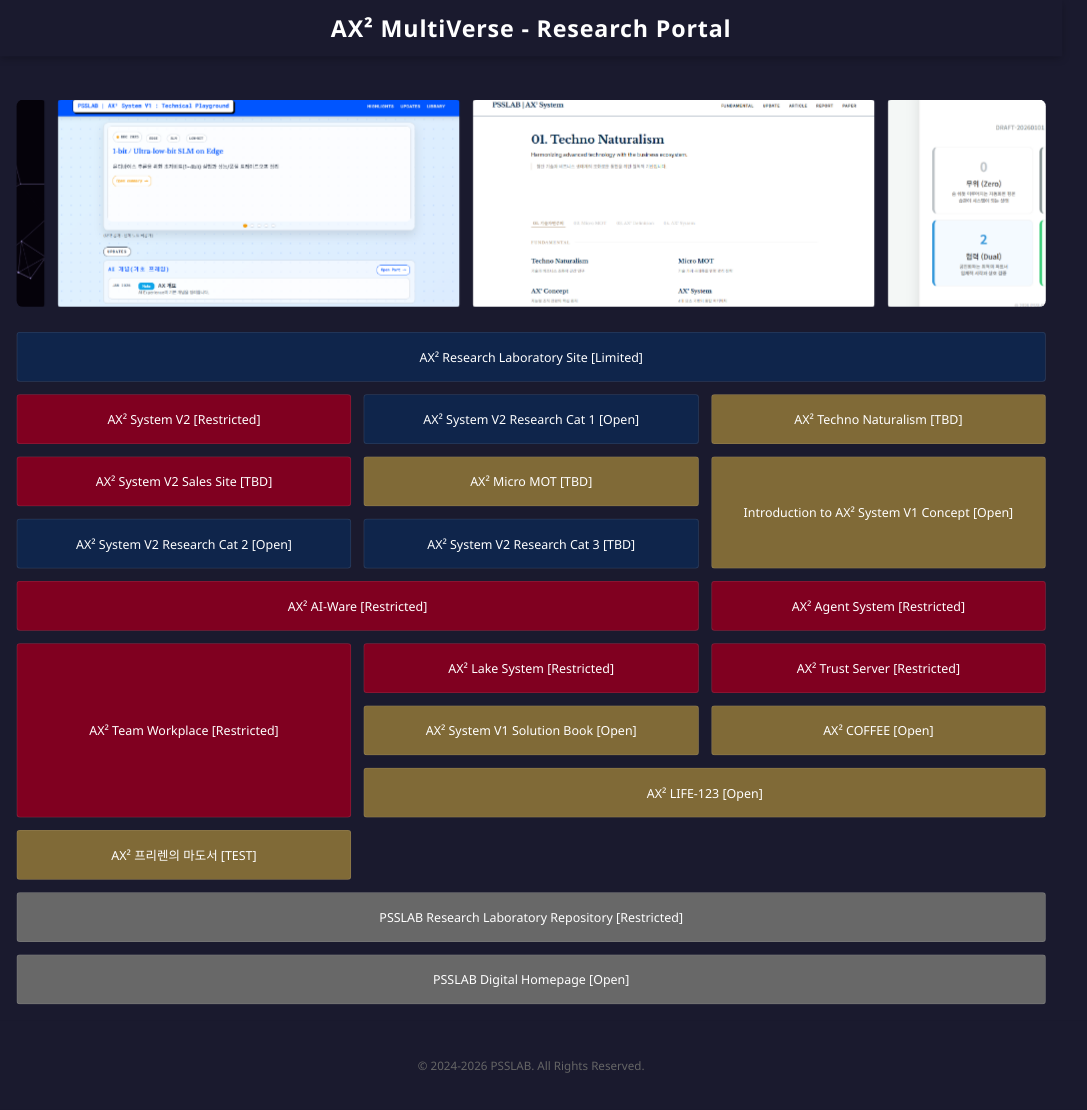
Repository: hycse89/PSSLAB_OpenSite
Page: psslab_multiverse_v3.html
These files come from the project's save history. The page is drawn as it stood at one moment and after a run of saves; the edit follows.
The browser window is 1280 px wide. The page is 1310 px wide, so the pictures cover 1310 px, including what lies to the right of the window. The pictures show the whole page, at 83% of full size.

Above is the page before, as saved 2026-01-11 21:49:39.

### psslab_multiverse_v3.html
<!DOCTYPE html>
<html lang="en">
<head>
    <meta charset="UTF-8">
    <meta name="viewport" content="width=device-width, initial-scale=1.0">
    <title>PSSLAB MultiVerse Campus - Mondrian Edition</title>

    <link rel="icon" type="image/png" href="favicon.png">

    <style>
        /* General Page Styles */
        body {
            margin: 0;
            background-color: #1a1a2e;
            font-family: 'Segoe UI', Arial, sans-serif;
            display: flex;
            flex-direction: column;
            align-items: center;
            min-height: 100vh;
            color: #ffffff;
        }

        /* Fixed Header */
        .header {
            position: fixed;
            top: 0;
            left: 0;
            width: 100%;
            background-color: #1a1a2e;
            color: #ffffff;
            z-index: 1000;
            padding: 15px 0;
            box-shadow: 0 2px 10px rgba(0,0,0,0.3);
        }

        .header h1 {
            font-size: 28px;
            margin: 0;
            text-align: center;
            letter-spacing: 1px;
        }

        /* Main content container */
        .main-content {
            margin-top: 100px;
            width: 100%;
            max-width: 1400px;
            display: flex;
            flex-direction: column;
            align-items: center;
            padding: 20px;
            box-sizing: border-box;
        }

        /* Image Slider Container */
        .slider-container {
            width: 100%;
            overflow: hidden;
            margin-bottom: 30px;
            border-radius: 8px;
        }

        .slider-wrapper {
            display: flex;
            width: calc(500px * 13);
            animation: scroll 60s linear infinite;
        }

        .slider-image {
            width: 500px;
            height: 250px;
            flex-shrink: 0;
            padding: 0 8px;
            box-sizing: border-box;
        }

        .slider-image img {
            width: 100%;
            height: 100%;
            object-fit: cover;
            border-radius: 4px;
        }

        @keyframes scroll {
            0% { transform: translateX(0); }
            100% { transform: translateX(calc(-500px * 11)); }
        }

        /* --- Mondrian Grid Layout System --- */
        .link-container {
            display: grid;
            /* 최소 너비 350px 확보 */
            grid-template-columns: repeat(auto-fill, minmax(350px, 1fr));
            /* 60px 단위의 눈금 설정 */
            grid-auto-rows: 60px;
            gap: 15px;
            width: 100%;
            /* 빈 공간을 최적으로 메워주는 설정 */
            grid-auto-flow: dense;
        }

        /* Link Button Base Style */
        .link-button {
            display: flex;
            align-items: center;
            justify-content: center;
            padding: 20px;
            font-size: 15px;
            color: white;
            text-decoration: none;
            border-radius: 4px;
            transition: all 0.3s cubic-bezier(0.25, 0.8, 0.25, 1);
            text-align: center;
            box-sizing: border-box;
            line-height: 1.4;
            border: 1px solid rgba(255,255,255,0.1);
        }

        .link-button:hover {
            transform: scale(1.01);
            filter: brightness(1.2);
            box-shadow: 0 5px 15px rgba(0,0,0,0.3);
            z-index: 2;
        }

        /* --- Mondrian Size Classes (Proportional) --- */
        /* 가로 비중 */
        .w-1 { grid-column: span 1; }
        .w-2 { grid-column: span 2; }
        .w-3 { grid-column: span 3; }

        /* 세로 비중 (60px의 배수) */
        .h-1 { grid-row: span 1; } /* 120px + gap */
        .h-2 { grid-row: span 2; } /* 240px + gap */
        .h-3 { grid-row: span 3; } /* 360px + gap */

        /* 특수 크기: 제목 강조형 */
        .size-hero { grid-column: span 2; grid-row: span 4; font-size: 1.2rem; font-weight: bold; }

        /* Button Colors */
        .color-1 { background-color: #0F254B; }
        .color-2 { background-color: #800020; }
        .color-3 { background-color: #806a37; }
        .color-4 { background-color: #2b2b2b; }
        .color-5 { background-color: #686868; }

        footer {
            width: 100%;
            padding: 30px;
            text-align: center;
            background-color: #1a1a2e;
            color: #666;
            font-size: 14px;
        }

        /* Responsive */
        @media (max-width: 768px) {
            .link-container { grid-template-columns: 1fr; }
            .w-2, .h-2, .h-3, .size-hero { grid-column: span 1; grid-row: span 2; }
        }
    </style>
</head>
<body>

    <header class="header">
        <h1>AX² MultiVerse - Research Portal</h1>
    </header>

    <main class="main-content">
        <div class="slider-container">
            <div class="slider-wrapper">
                <div class="slider-image"><img src="./images/Image2.png" alt="2"></div>
                <div class="slider-image"><img src="./images/Image21.png" alt="21"></div>
                <div class="slider-image"><img src="./images/Image22.png" alt="22"></div>
                <div class="slider-image"><img src="./images/Image31.png" alt="31"></div>
                <div class="slider-image"><img src="./images/Image32.png" alt="32"></div>
                <div class="slider-image"><img src="./images/Image11.png" alt="11"></div>
                <div class="slider-image"><img src="./images/Image3.png" alt="3"></div>
                <div class="slider-image"><img src="./images/Image4.png" alt="4"></div>
                <div class="slider-image"><img src="./images/Image5.png" alt="5"></div>
                <div class="slider-image"><img src="./images/Image1.png" alt="1"></div>
                <div class="slider-image"><img src="./images/Image2.png" alt="2"></div>
            </div>
        </div>

        <div class="link-container">
            <a href="https://hycse89.github.io/PSSLAB_OpenSite/ax2_research_lab/" class="link-button color-1 w-3 h-1">AX² Research Laboratory Site [Limited]</a>

            <a href="http://localhost:8008" class="link-button color-2 h-1">AX² System V2 [Restricted]</a>
            <a href="ax2_v1_20260101/index.html" class="link-button color-1 h-1">AX² System V2 Research Cat 1 [Open]</a>
            <a href="http://localhost:8001/utils/markdown_viewer.html?file=/ax_research/doc/doc_ax_techno_naturalism_v5.md" class="link-button color-3 h-1">AX² Techno Naturalism [TBD]</a>

            <a href="ax2_sales/index.html" class="link-button color-2 w-1 h-1">AX² System V2 Sales Site [TBD]</a>


            <a href="http://localhost:8001/utils/markdown_viewer.html?file=/ax_research/doc/doc_ax_micro_mot_v2.md" class="link-button color-3 h-1">AX² Micro MOT [TBD]</a>

            <a href="ax2_v1_concept/ax2_homepage.html" class="link-button color-3 h-2">Introduction to AX² System V1 Concept [Open]</a>

            <a href="ax2_v2_20260101/index.html" class="link-button color-1 h-1">AX² System V2 Research Cat 2 [Open]</a>
            <a href="ax2_v3_20260101/index.html" class="link-button color-1 h-1">AX² System V2 Research Cat 3 [TBD]</a>

            <a href="http://localhost:8002" class="link-button color-2 w-2 h-1">AX² AI-Ware [Restricted]</a>
            <a href="http://localhost:8003" class="link-button color-2 h-1">AX² Agent System [Restricted]</a>
            <a href="http://localhost:8007" class="link-button color-2 h-3">AX² Team Workplace [Restricted]</a>
            <a href="http://localhost:8004" class="link-button color-2 h-1">AX² Lake System [Restricted]</a>
            <a href="http://localhost:8005" class="link-button color-2 h-1">AX² Trust Server [Restricted]</a>

            <a href="ax2_v1_concept/solution_book/index.html" class="link-button color-3 h-1">AX² System V1 Solution Book [Open]</a>

            <a href="http://localhost:8001/ax_site/ax2_life_123/index.html" class="link-button color-3 w-2 h-1">AX² LIFE-123 [Open]</a>
            <a href="http://localhost:8001/ax_site/ax2_coffee/index.html" class="link-button color-3 h-1">AX² COFFEE [Open]</a>
            <a href="http://localhost:8001/ax_site/ax2_frieren/index.html" class="link-button color-3 h-1">AX² 프리렌의 마도서 [TEST]</a>

            <a href="https://github.com/hycse89" class="link-button color-5 w-3 h-1">PSSLAB Research Laboratory Repository [Restricted]</a>
            <a href="http://www.psslab.co.kr" class="link-button color-5 w-3 h-1">PSSLAB Digital Homepage [Open]</a>
        </div>
    </main>

    <footer>
        <p>&copy; 2024-2026 PSSLAB. All Rights Reserved.</p>
    </footer>

</body>
</html>

After the next 2 saves:
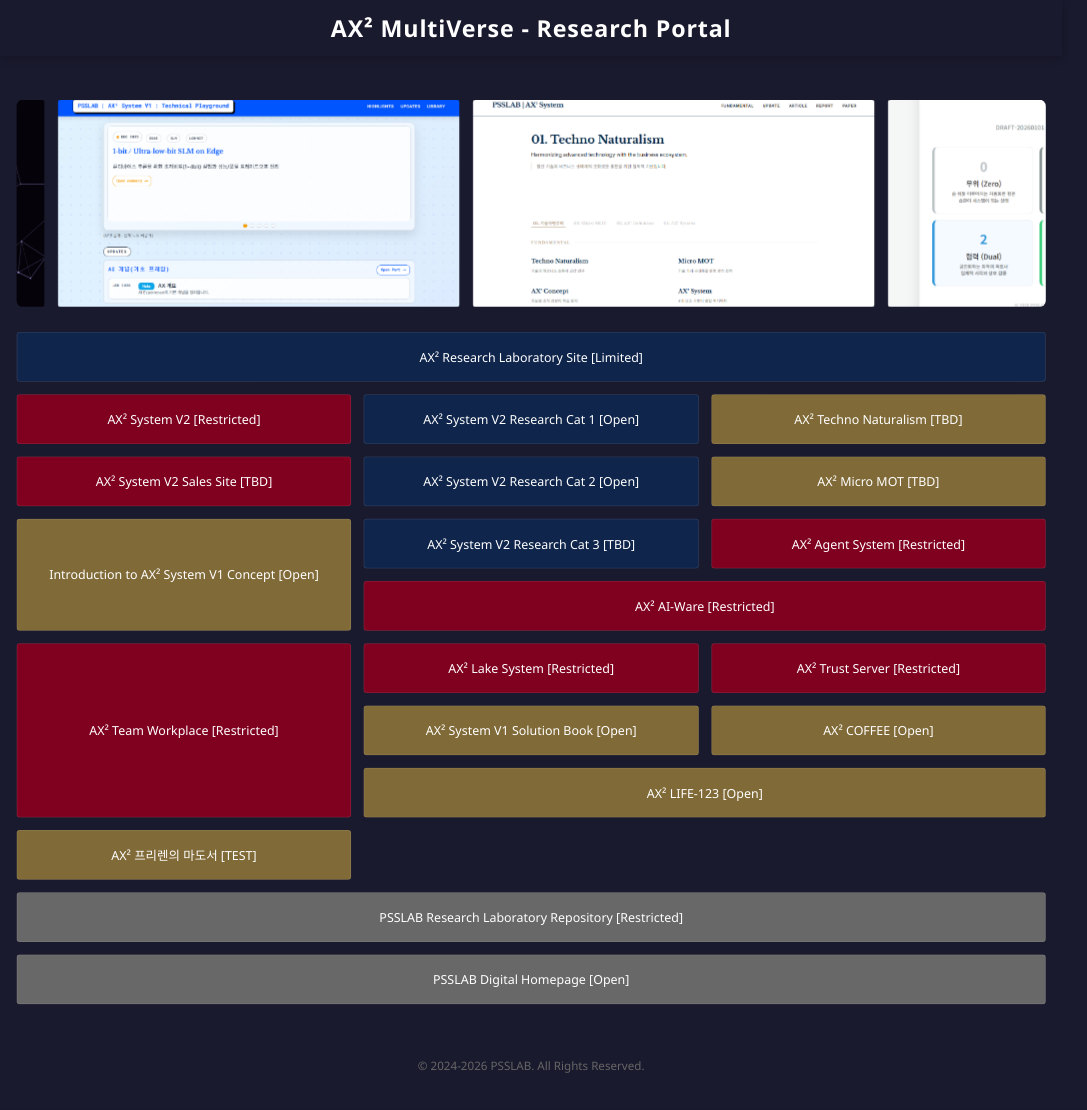
The 2 saves are shown as one change because they came seconds apart.
The last was saved 12 s later.
--- a/psslab_multiverse_v3.html
+++ b/psslab_multiverse_v3.html
@@ -191,13 +191,13 @@
             <a href="http://localhost:8001/utils/markdown_viewer.html?file=/ax_research/doc/doc_ax_techno_naturalism_v5.md" class="link-button color-3 h-1">AX² Techno Naturalism [TBD]</a>
 
             <a href="ax2_sales/index.html" class="link-button color-2 w-1 h-1">AX² System V2 Sales Site [TBD]</a>
-
+            <a href="ax2_v2_20260101/index.html" class="link-button color-1 h-1">AX² System V2 Research Cat 2 [Open]</a>
 
             <a href="http://localhost:8001/utils/markdown_viewer.html?file=/ax_research/doc/doc_ax_micro_mot_v2.md" class="link-button color-3 h-1">AX² Micro MOT [TBD]</a>
 
             <a href="ax2_v1_concept/ax2_homepage.html" class="link-button color-3 h-2">Introduction to AX² System V1 Concept [Open]</a>
 
-            <a href="ax2_v2_20260101/index.html" class="link-button color-1 h-1">AX² System V2 Research Cat 2 [Open]</a>
+
             <a href="ax2_v3_20260101/index.html" class="link-button color-1 h-1">AX² System V2 Research Cat 3 [TBD]</a>
 
             <a href="http://localhost:8002" class="link-button color-2 w-2 h-1">AX² AI-Ware [Restricted]</a>
